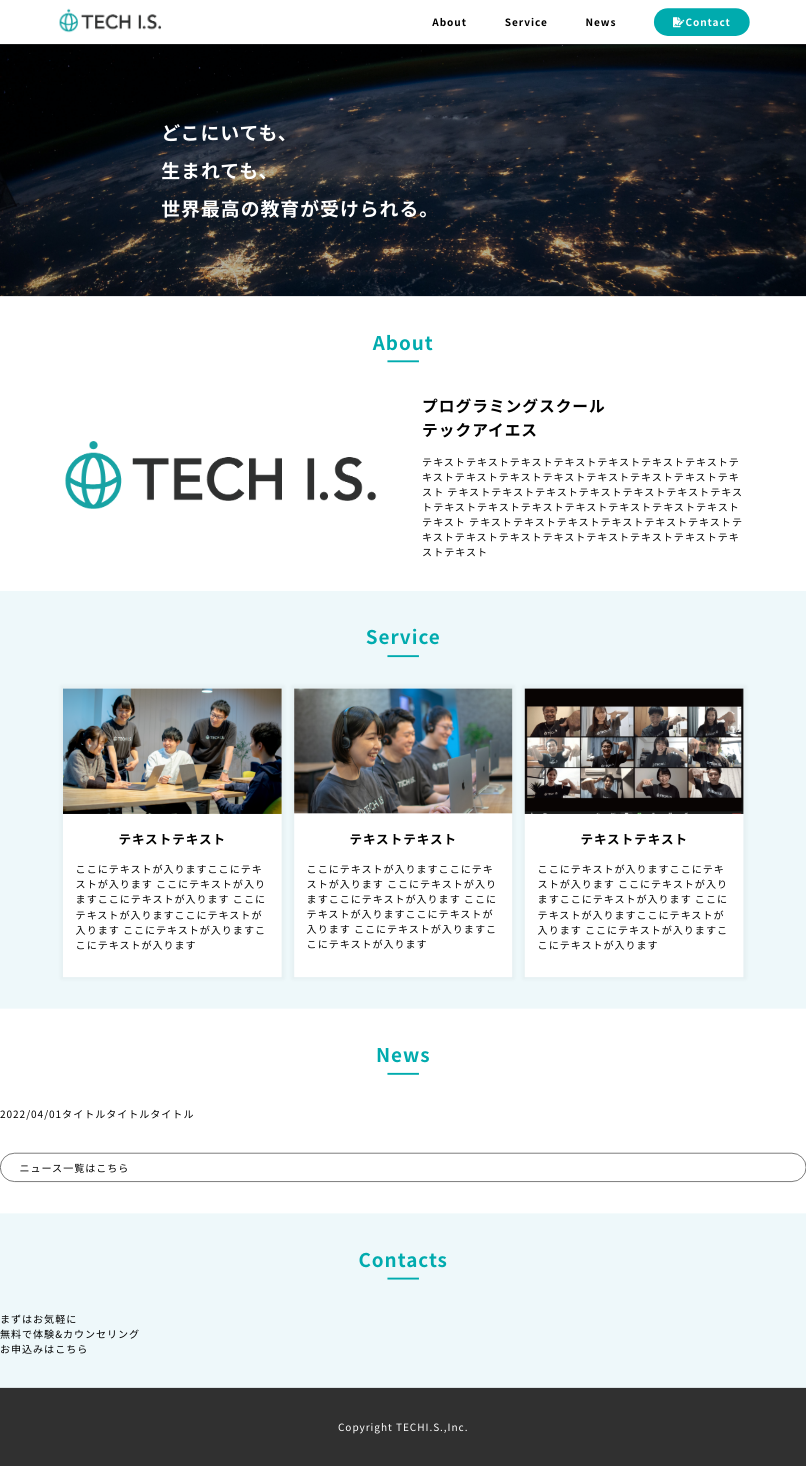
Repository: ryunoesta/lp-techis
Page: indx.html
These files come from the project's save history. The page is drawn as it stood at one moment and after the next save; the edit follows.
The browser window is 1280 px wide. The pictures show the whole page, at 63% of full size.

Above is the page before, as saved 2022-06-19 23:12:33.

After the next save:
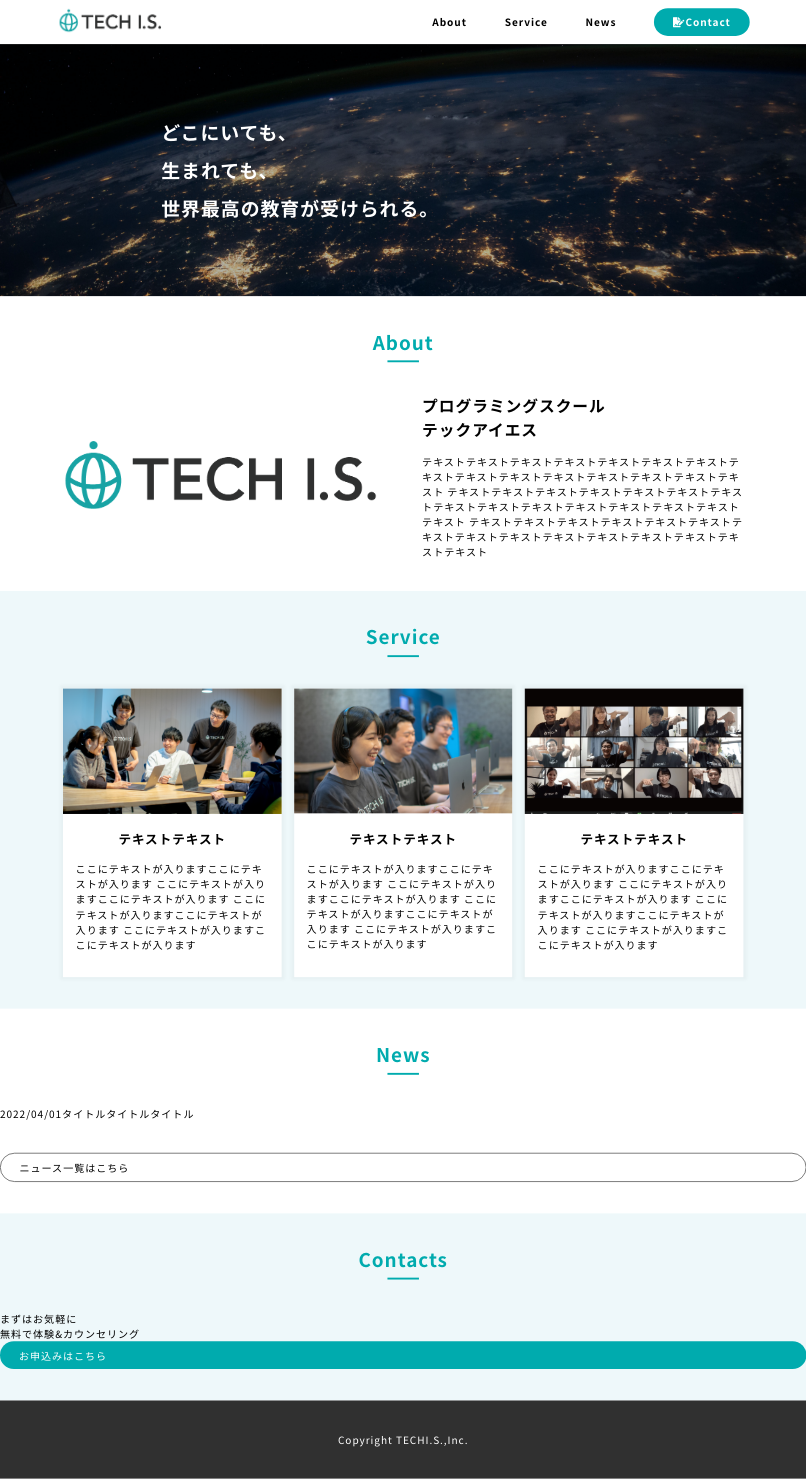
Saved 5 s later.
--- a/CSS/style.css
+++ b/CSS/style.css
@@ -195,4 +195,9 @@
     text-align: center;
 }
 
-.front-contact
+.front-contact__btn {
+    color: #fff;
+    background: #00abae;
+    padding: 10px 30px;
+    border-radius: 50px;
+}
